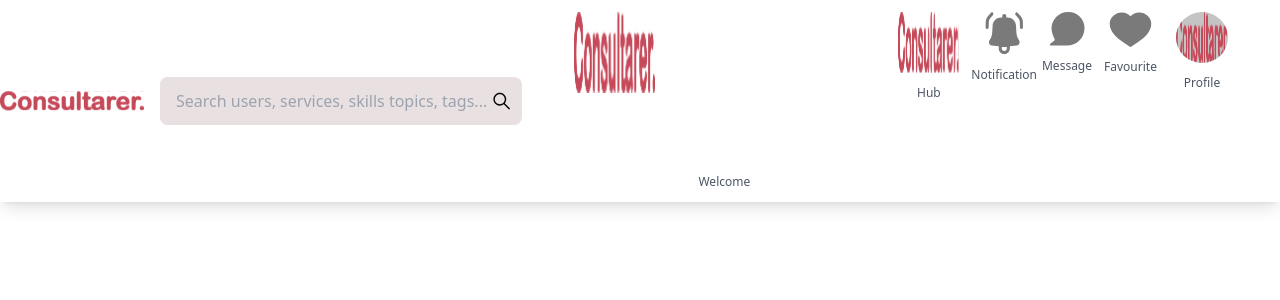
Repository: hisreal123/Consultarer
Page: /
These files come from the project's save history. The page is drawn as it stood at one moment and after the next save; the edit follows.
The browser window is 1280 px wide. The pictures show the whole page.
The project was rebuilt for these pictures with package versions that can differ from the ones it lists, and the page was loaded fresh each time. The framework's server and built-in components were replaced by stand-ins that run in the browser. Also part of the build but not shown: next.config.js, webpack.config.js.

Above is the page before, as saved 2022-04-19 16:56:48.

After the next save:
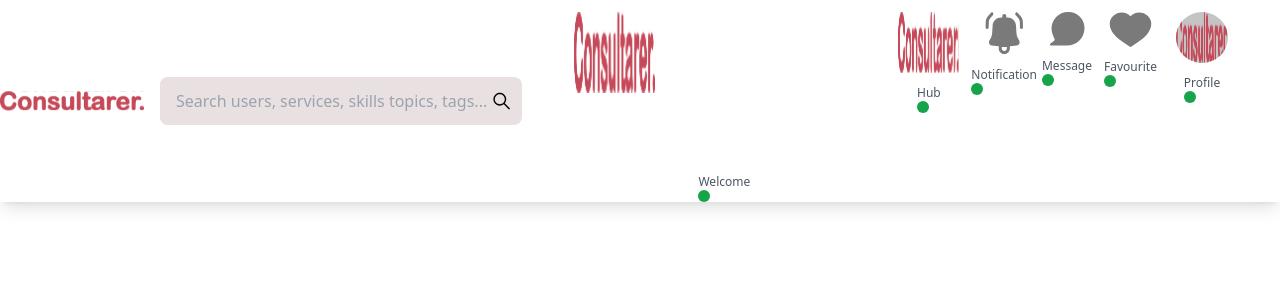
Saved 11 s later.
--- a/components/TopNav/NavItems.js
+++ b/components/TopNav/NavItems.js
@@ -1,7 +1,7 @@
 import Link from "next/link";
 import React from "react";
 
-const NavItems = ({ title, icon, status=true }) => {
+const NavItems = ({ title, icon, status = true }) => {
   return (
     <nav>
       <ul>
@@ -12,7 +12,11 @@
               <span className="font-normal hover:scale-105 transition-all">
                 {title}
 
-                {status ? (<p className=" h-3 w-3 rounded-full ">{status}</p>) : " "}
+                {status ? (
+                  <p className=" h-3 w-3 rounded-full bg-green-600">{status}</p>
+                ) : (
+                  " "
+                )}
               </span>
             </a>
           </Link>
